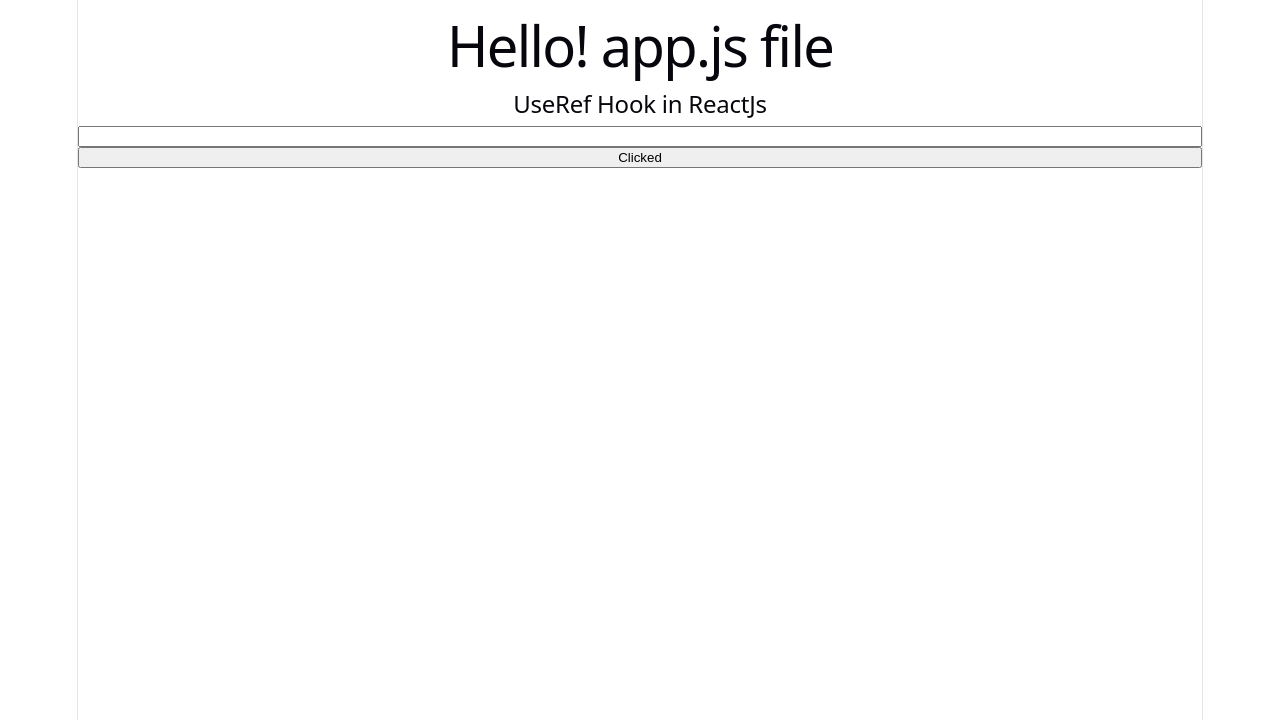
Repository: Gulzarokz/React_Course_Review
Page: / (app in vite-Project/)
These files come from the project's save history. The page is drawn as it stood at one moment and after the next save; the edit follows.
The browser window is 1280 px wide. The pictures show the whole page.
The project was rebuilt for these pictures with package versions that can differ from the ones it lists, and the page was loaded fresh each time. Also part of the build but not shown: vite-Project/vite.config.js.

Above is the page before, as saved 2026-04-24 11:24:23.

### vite-Project/index.html
<!doctype html>
<html lang="en">

<head>
  <meta charset="UTF-8" />
  <link rel="icon" type="image/svg+xml" href="/favicon.svg" />
  <meta name="viewport" content="width=device-width, initial-scale=1.0" />
  <title>React js Review</title>
</head>

<body>
  <div id="root"></div>
  <script type="module" src="/src/main.jsx"></script>
</body>

</html>

### vite-Project/src/index.css
:root {
  --text: #6b6375;
  --text-h: #08060d;
  --bg: #fff;
  --border: #e5e4e7;
  --code-bg: #f4f3ec;
  --accent: #aa3bff;
  --accent-bg: rgba(170, 59, 255, 0.1);
  --accent-border: rgba(170, 59, 255, 0.5);
  --social-bg: rgba(244, 243, 236, 0.5);
  --shadow:
    rgba(0, 0, 0, 0.1) 0 10px 15px -3px, rgba(0, 0, 0, 0.05) 0 4px 6px -2px;

  --sans: system-ui, 'Segoe UI', Roboto, sans-serif;
  --heading: system-ui, 'Segoe UI', Roboto, sans-serif;
  --mono: ui-monospace, Consolas, monospace;

  font: 18px/145% var(--sans);
  letter-spacing: 0.18px;
  color-scheme: light dark;
  color: var(--text);
  background: var(--bg);
  font-synthesis: none;
  text-rendering: optimizeLegibility;
  -webkit-font-smoothing: antialiased;
  -moz-osx-font-smoothing: grayscale;

  @media (max-width: 1024px) {
    font-size: 16px;
  }
}

@media (prefers-color-scheme: dark) {
  :root {
    --text: #9ca3af;
    --text-h: #f3f4f6;
    --bg: #16171d;
    --border: #2e303a;
    --code-bg: #1f2028;
    --accent: #c084fc;
    --accent-bg: rgba(192, 132, 252, 0.15);
    --accent-border: rgba(192, 132, 252, 0.5);
    --social-bg: rgba(47, 48, 58, 0.5);
    --shadow:
      rgba(0, 0, 0, 0.4) 0 10px 15px -3px, rgba(0, 0, 0, 0.25) 0 4px 6px -2px;
  }

  #social .button-icon {
    filter: invert(1) brightness(2);
  }
}

body {
  margin: 0;
}

#root {
  width: 1126px;
  max-width: 100%;
  margin: 0 auto;
  text-align: center;
  border-inline: 1px solid var(--border);
  min-height: 100svh;
  display: flex;
  flex-direction: column;
  box-sizing: border-box;
}

h1,
h2 {
  font-family: var(--heading);
  font-weight: 500;
  color: var(--text-h);
}

h1 {
  font-size: 56px;
  letter-spacing: -1.68px;
  margin: 32px 0;
  @media (max-width: 1024px) {
    font-size: 36px;
    margin: 20px 0;
  }
}
h2 {
  font-size: 24px;
  line-height: 118%;
  letter-spacing: -0.24px;
  margin: 0 0 8px;
  @media (max-width: 1024px) {
    font-size: 20px;
  }
}
p {
  margin: 0;
}

code,
.counter {
  font-family: var(--mono);
  display: inline-flex;
  border-radius: 4px;
  color: var(--text-h);
}

code {
  font-size: 15px;
  line-height: 135%;
  padding: 4px 8px;
  background: var(--code-bg);
}

### vite-Project/src/App.jsx
import { useState } from 'react';
import UseRefHook from './UseRefHook';

function App() {
  // const [count, setCount] = useState(0)

  // function getData() {
  //   alert('Hello How are you!')
  // }
  return (
    <>
      <h1>Hello! app.js file</h1>

      <UseRefHook />




    </>
  )
}
export default App

### vite-Project/src/UseRefHook.jsx
import React, { useRef } from 'react'

const UseRefHook = () => {

    const myRef = useRef();

    function modified() {
        // console.log(myRef.current.value);
        // myRef.current.value = "Gulzar khan"
        // myRef.current.style.backgroundColor = "yellow"
        // myRef.current.style.color = "white"
        // myRef.current.value = "Gulzar khan"

    }

    return (
        <>
            <h2>UseRef Hook in ReactJs</h2>
            <input type="text" ref={myRef} />
            <button onClick={() => modified()}>Clicked</button>
        </>
    )
}

export default UseRefHook

### vite-Project/src/ArryListingWIthMap.jsx
import React from 'react'

const ArryListingWIthMap = () => {
    return (
        <>
            <h2>Array Listing Element with Map function</h2>
        </>
    )
}

export default ArryListingWIthMap

Loaded but not shown: vite-Project/src/main.jsx (common file)

After the next save:
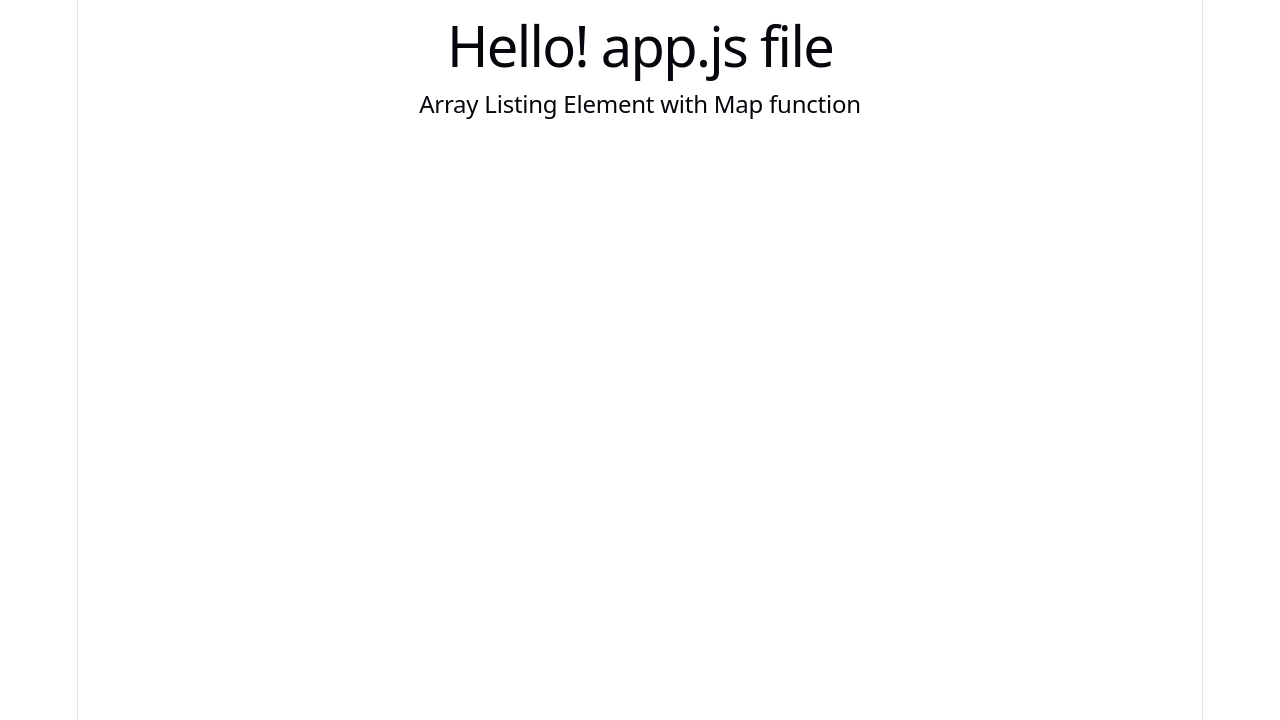
Saved 37 s later.
--- a/vite-Project/src/App.jsx
+++ b/vite-Project/src/App.jsx
@@ -1,5 +1,5 @@
 import { useState } from 'react';
-import UseRefHook from './UseRefHook';
+import ArryListingWIthMap from './ArryListingWIthMap';
 
 function App() {
   // const [count, setCount] = useState(0)
@@ -10,8 +10,9 @@ function App() {
   return (
     <>
       <h1>Hello! app.js file</h1>
+      <ArryListingWIthMap />
 
-      <UseRefHook />
+
 
 
 
